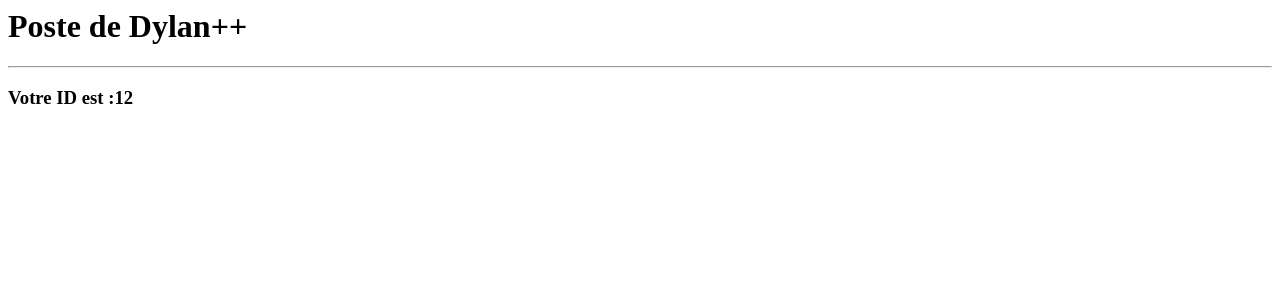
Repository: DylanCahu/cookie
Page: http://localhost/Cookies/connect.php
The author's editor kept a copy of each file at every save. The page is drawn from the files as they stood at one save, then again after the next save.
The browser window is 1280 px wide. The pictures show the whole page.
The page is run by PHP 8.4 with error messages shown; the project is at /var/www/html/.

Above is the page before, as saved 2021-12-10 14:47:04.

### connect.php
<html>
    <head>
        <title>Index Cookies</title>
        <meta charset="utf-8">

    </head>

    <body>
        <h1>Poste de Dylan++</h1>
        <hr>
<?php
//génération cookie
$numClient = rand(0,20) ;
setcookie("numClient", $numClient, time()+3600);
echo("<h3>Votre ID est :" .$numClient."</h2>");
?>

</body>
</html>

After the next save:
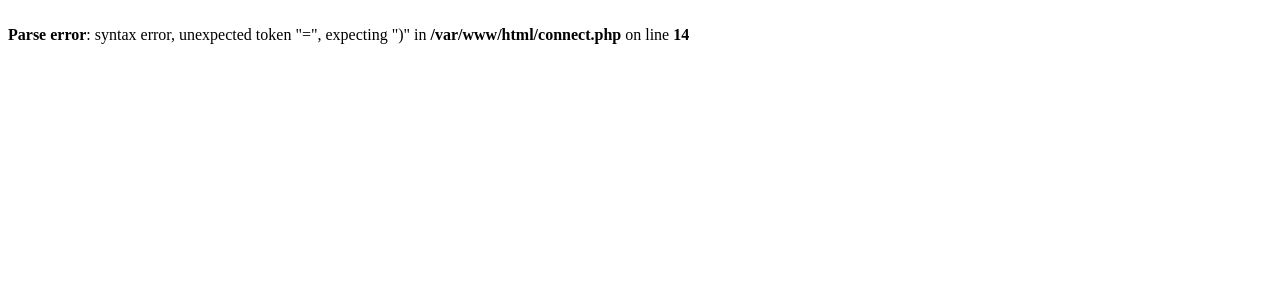
Saved 4 min 21 s later.
--- a/connect.php
+++ b/connect.php
@@ -11,7 +11,7 @@
 <?php
 //génération cookie
 $numClient = rand(0,20) ;
-setcookie("numClient", $numClient, time()+3600);
+setcookie("numClient", $numClient, time()+3600, SameSite=None);
 echo("<h3>Votre ID est :" .$numClient."</h2>");
 ?>
 
